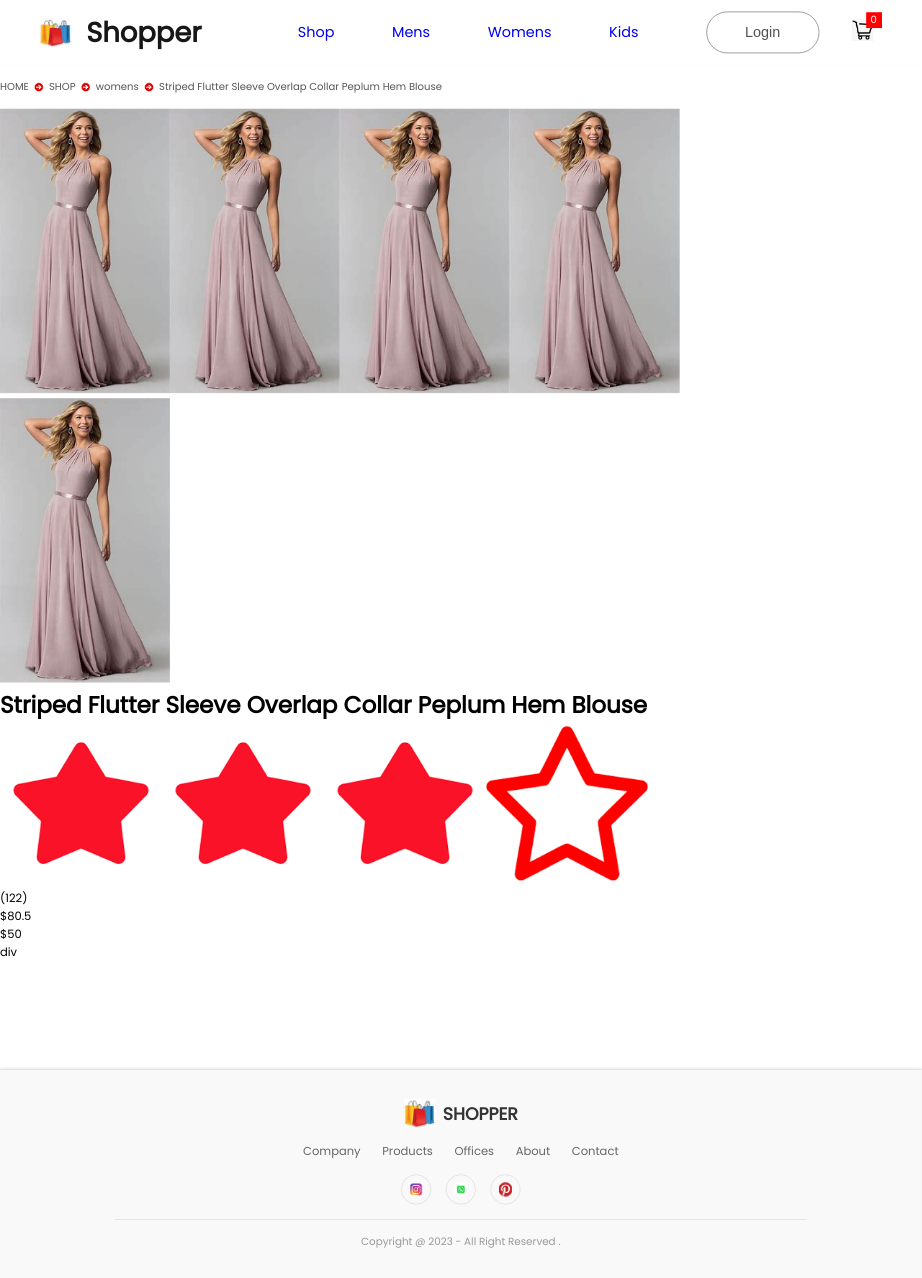
Repository: sshaiv/Shoppie_EcommerceAPP
Page: /product/1
An editor plug-in stored every save of this project. The page is shown before and after a run of saves, followed by the edit.
The browser window is 1280 px wide. The pictures show the whole page, at 72% of full size.
The project was rebuilt for these pictures with package versions that can differ from the ones it lists, and the page was loaded fresh each time. Also part of the build but not shown: src/App.css, src/Components/Pages/CSS/ShopCategory.css, src/Components/Item/Item.css, src/Components/Item/Item.jsx, src/Components/Pages/ShopCategory.jsx, src/Components/ProductDisplay/ProductDisplay.css, src/Components/Pages/Cart.jsx, src/Components/Pages/CSS/LoginSignup.css and 14 more.

Above is the page before, as saved 2024-07-16 21:51:52.

After the next 2 saves:
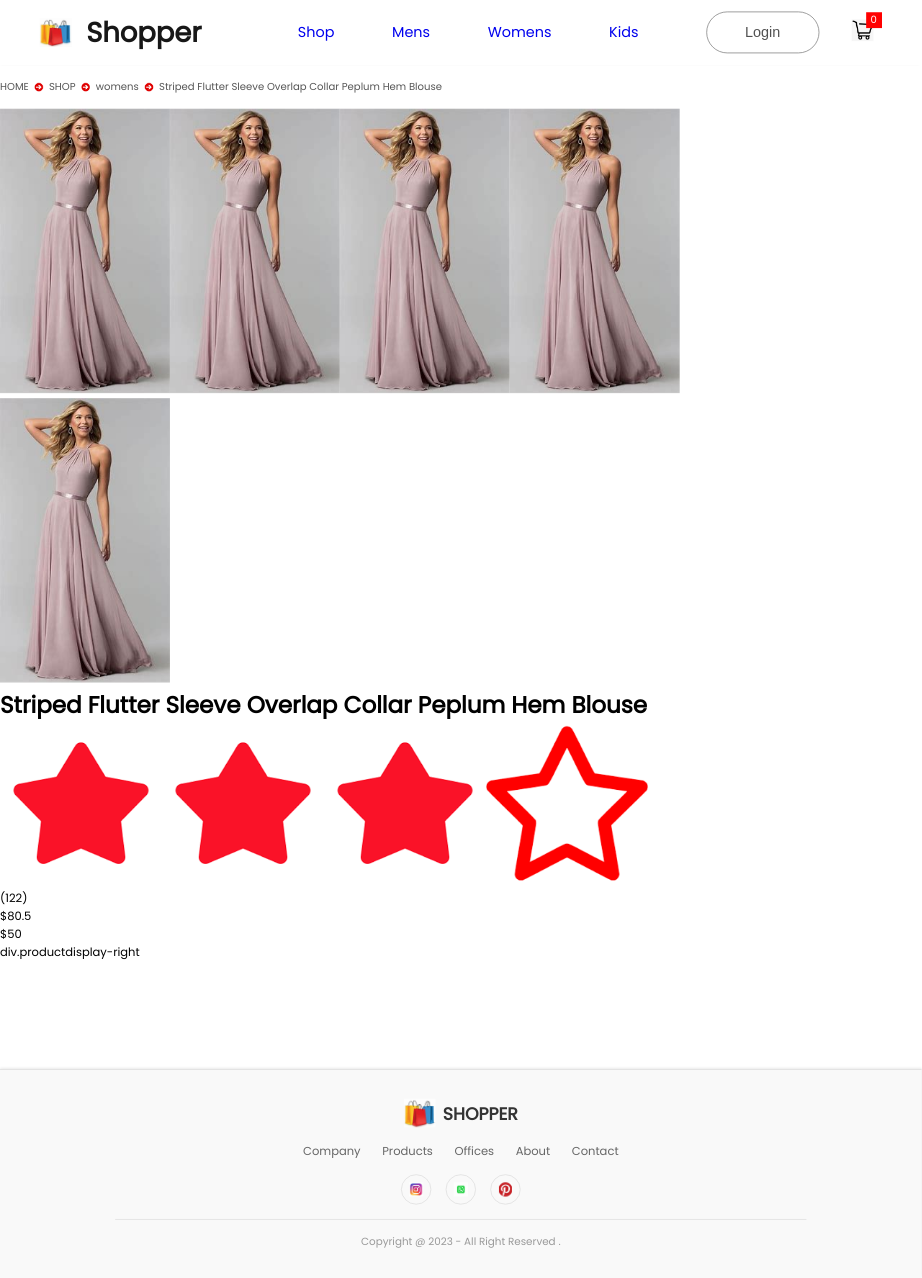
The 2 saves are shown as one change because they came seconds apart.
The last was saved 9 s later.
--- a/src/Components/ProductDisplay/ProductDisplay.jsx
+++ b/src/Components/ProductDisplay/ProductDisplay.jsx
@@ -36,7 +36,7 @@ const ProductDisplay = (props) => {
             </div>
 
         </div>
-        div
+        div.productdisplay-right
       </div>
     </div>
   );
